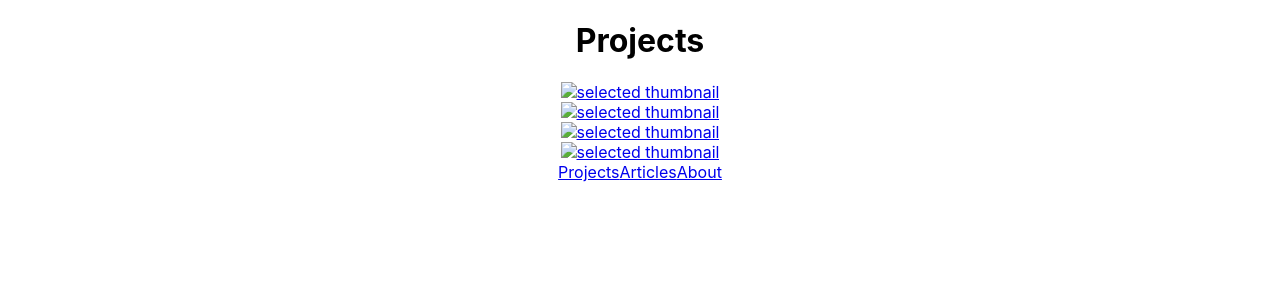
Repository: zeidalidiez/portfolioreact
Page: /Projects
The author's editor kept a copy of each file at every save. The page is drawn from the files as they stood at one save, then again after the next save.
The browser window is 1280 px wide. The pictures show the whole page.
The project was rebuilt for these pictures with package versions that can differ from the ones it lists, and the page was loaded fresh each time. Also part of the build but not shown: src/components/Articles.js, src/components/About.js.

Above is the page before, as saved 2021-02-06 20:46:17.
Not found: screenshots/DogWalker.PNG

### public/index.html
<!DOCTYPE html>
<html lang="en">
  <head>
    <meta charset="utf-8" />
    <link href="data:[embedded picture, 289 characters]" rel="icon" type="image/x-icon" />    <meta name="viewport" content="width=device-width, initial-scale=1" />
    <meta name="theme-color" content="#000000" />
    <meta
      name="description"
      content="Web site created using create-react-app"
    />    <!--
      manifest.json provides metadata used when your web app is installed on a
      user's mobile device or desktop. See https://developers.google.com/web/fundamentals/web-app-manifest/
    -->
    <link rel="manifest" href="%PUBLIC_URL%/manifest.json" />
    <!--
      Notice the use of %PUBLIC_URL% in the tags above.
      It will be replaced with the URL of the `public` folder during the build.
      Only files inside the `public` folder can be referenced from the HTML.

      Unlike "/favicon.ico" or "favicon.ico", "%PUBLIC_URL%/favicon.ico" will
      work correctly both with client-side routing and a non-root public URL.
      Learn how to configure a non-root public URL by running `npm run build`.
    -->
    <title>Zeid Diez - Portfolio</title>
  </head>
  <body>
    <noscript>You need to enable JavaScript to run this app.</noscript>
    <div id="root"></div>
    <!--
      This HTML file is a template.
      If you open it directly in the browser, you will see an empty page.

      You can add webfonts, meta tags, or analytics to this file.
      The build step will place the bundled scripts into the <body> tag.

      To begin the development, run `npm start` or `yarn start`.
      To create a production bundle, use `npm run build` or `yarn build`.
    -->
  </body>
</html>

### src/index.js
import React from 'react';
import ReactDOM from 'react-dom';
import './index.css';
import App from './components/App';
import reportWebVitals from './reportWebVitals';

ReactDOM.render(
  <React.StrictMode>
<App />
  </React.StrictMode>,
  document.getElementById('root')
);

// If you want to start measuring performance in your app, pass a function
// to log results (for example: reportWebVitals(console.log))
// or send to an analytics endpoint. Learn more: https://bit.ly/CRA-vitals
reportWebVitals();

### src/components/App.js
// App.jsx

import React from 'react';
import logo from './logo.svg';
// Import the BrowserRouter, Route and Link components
import {Route, BrowserRouter as Router, Link} from "react-router-dom";
import Projects from './Projects.js';
import Articles from './Articles.js';
import About from './About.js';
import './App.css';

function App() {
  return (
    <Router>
      <div className="App">
        <Route exact path="/Projects" component={Projects} />
        <Route exact path="/Articles" component={Articles} />
        <Route exact path="/About" component={About} />

        <div className="navigation">
          <div className="navigation-sub">
            <Link to="/Projects" className="item">Projects</Link>
            <Link to="/Articles" className="item">Articles</Link>
            <Link to="/About" className="item">About</Link>

          </div>
        </div>
      </div>
    </Router>
  );
}

export default App;

### src/components/Projects.js
import React from 'react';
import Thumbnail from './Thumbnail.js'; // Import the Thumbnail component
import './App.css';

function Projects(props) {
  return (
    // Render a Thumbnail component
    <div>
      <h1>Projects</h1>
      <Thumbnail
        link="/dogwalker"
        image="./screenshots/DogWalker.PNG"
        title=""
        category=""
      />
      <Thumbnail
        link="/spacedrep"
        image=""
        title=""
        category=""
      />
      <Thumbnail
        link="/readnext"
        image=""
        title=""
        category=""
      />
      <Thumbnail
        link="/phasertest"
        image=""
        title=""
        category=""
      />
    </div>
  )
}

export default Projects;

### src/components/Thumbnail.js
import React from 'react';
import {Link} from 'react-router-dom';
import './App.css';

function Thumbnail(props) {
  return (
    <div className="project">
      <Link to={props.link}>
        <div className="project-image">
          <img src={props.image} alt="selected thumbnail"/>
        </div>
        <div className="project-title">{props.title}</div>
        <div className="project-category">{props.category}</div>
            </Link>
    </div>
  )
}

export default Thumbnail;

Loaded but not shown: src/index.css (common file); src/reportWebVitals.js (common file); src/components/App.css (common file)

After the next save:
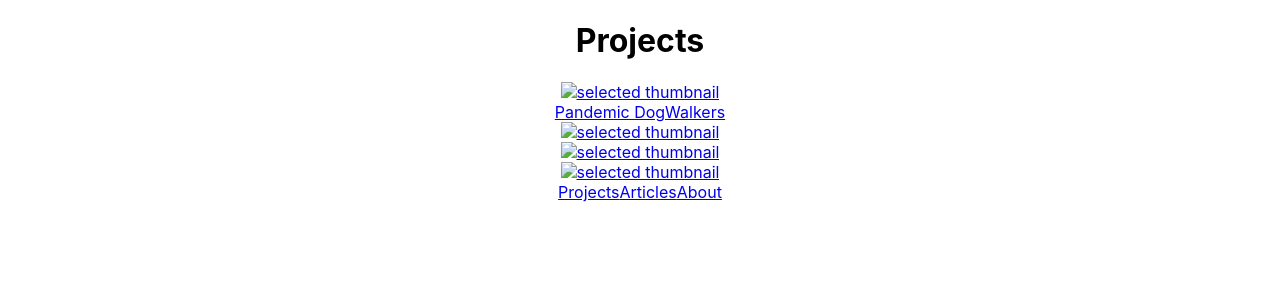
Saved 82 s later.
--- a/src/components/Projects.js
+++ b/src/components/Projects.js
@@ -10,7 +10,7 @@ function Projects(props) {
       <Thumbnail
         link="/dogwalker"
         image="./screenshots/DogWalker.PNG"
-        title=""
+        title="Pandemic DogWalkers"
         category=""
       />
       <Thumbnail
